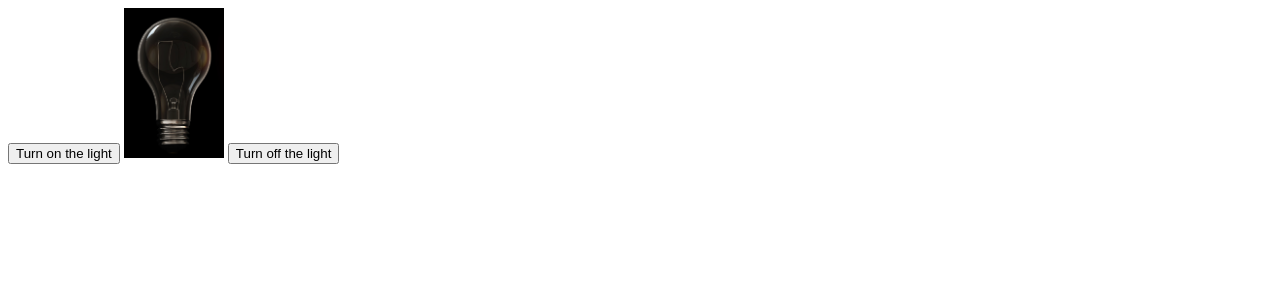
Repository: pothupreethi/Javascript
Page: javaScript/js-assignments/assignment-3/index.html
The author's editor kept a record of every edit. The page is drawn from the files as they stood at one moment, then again after the next edit.
The browser window is 1280 px wide. The pictures show the whole page.

Above is the page before.

### javaScript/js-assignments/assignment-3/index.html
<!DOCTYPE html>
<html lang="en">

  <head>
    <meta charset="utf-8" />
    <meta name="viewport" content="width=device-width, initial-scale=1, shrink-to-fit=no" />
    <meta http-equiv="X-UA-Compatible" content="ie=edge" />
    <title>Bulb App</title>
    <link rel="stylesheet" href="index.css" />
    <script src="index.js"></script>
  </head>

  <body id="console-root">
    <script src="https://tap.ibhubs.in/utils/console.js"></script>
    <button onclick="document.getElementById('myImage').src='assets/on.png'">Turn on the light</button>

    <img id="myImage" src="assets/off.png" style="width:100px">
    <button onclick="document.getElementById('myImage').src='assets/on.png'">Turn off the light</button>
  </body>

</html>

### javaScript/js-assignments/assignment-3/index.css
function Turnon() {}

### javaScript/js-assignments/assignment-3/index.js
//Write your javascript logic here
function Turn_on() {
    document.getElementById('myImage').src = "assets/on.png"
}

function Turn_off() {
    document.getElementById('myImage').src = "assets/off.png"
}

After the next edit:
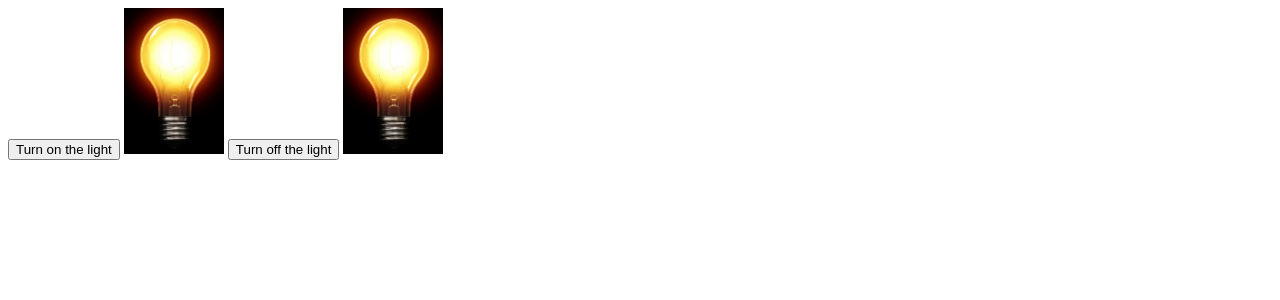
The edit:
--- a/javaScript/js-assignments/assignment-3/index.html
+++ b/javaScript/js-assignments/assignment-3/index.html
@@ -14,8 +14,9 @@
     <script src="https://tap.ibhubs.in/utils/console.js"></script>
     <button onclick="document.getElementById('myImage').src='assets/on.png'">Turn on the light</button>
 
-    <img id="myImage" src="assets/off.png" style="width:100px">
-    <button onclick="document.getElementById('myImage').src='assets/on.png'">Turn off the light</button>
+    <img id="myImage" src="assets/on.png" style="width:100px">
+    <button onclick="document.getElementById('myImage1').src='assets/off.png'">Turn off the light</button>
+    <img id="myImage1" src="assets/on.png" style="width:100px">
   </body>
 
 </html>
